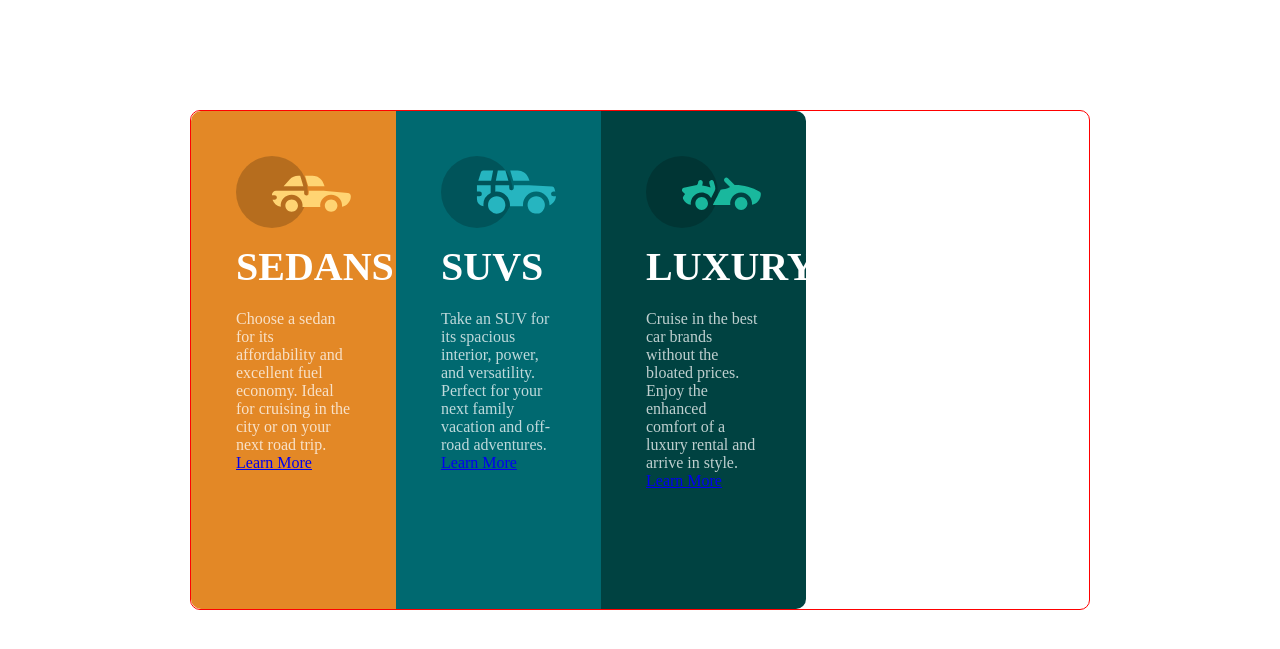
Repository: KamoliddinGIT/column-preview-card
Page: index.html
These files come from the project's save history. The page is drawn as it stood at one moment and after the next save; the edit follows.
The browser window is 1280 px wide. The pictures show the whole page.

Above is the page before, as saved 2023-09-15 16:33:14.

### index.html
<!DOCTYPE html>
<html lang="en">
  <head>
    <meta charset="UTF-8" />
    <meta name="viewport" content="width=device-width, initial-scale=1.0" />
    <link
      rel="icon"
      type="image/png"
      sizes="32x32"
      href="./images/favicon-32x32.png"
    />
    <link rel="stylesheet" href="./css/style.css" />
    <title>3-column preview card component</title>
  </head>
  <body>
    <div class="container">
      <div class="card card__1">
        <img src="./images/icon-sedans.svg" alt="sedans" />
        <h1>SEDANS</h1>
        <p>
          Choose a sedan for its affordability and excellent fuel economy. Ideal
          for cruising in the city or on your next road trip.
        </p>
        <a href="#">Learn More</a>
      </div>
      <div class="card card__2">
        <img src="./images/icon-suvs.svg" alt="suvs" />
        <h1>SUVS</h1>
        <p>
          Take an SUV for its spacious interior, power, and versatility. Perfect
          for your next family vacation and off-road adventures.
        </p>
        <a href="#">Learn More</a>
      </div>
      <div class="card card__3">
        <img src="./images/icon-luxury.svg" alt="icon-luxury" />
        <h1>LUXURY</h1>
        <p>
          Cruise in the best car brands without the bloated prices. Enjoy the
          enhanced comfort of a luxury rental and arrive in style.
        </p>
        <a href="#">Learn More</a>
      </div>
    </div>
  </body>
</html>

### css/style.css
* {
  margin: 0;
  padding: 0;
  box-sizing: border-box;
}

body {
  display: flex;
  justify-content: center;
  align-items: center;
  width: 100%;
  height: 100vh;
}

.container {
  display: flex;
  flex-direction: row;
  border-radius: 10px;
  width: 900px;
  height: 500px;
  color: hsla(0, 0%, 100%, 0.75);
  border: 1px solid red;
}

.card__1 {
  width: 205px;
  height: 100%;
  background-color: hsl(31, 77%, 52%);
  border-top-left-radius: 10px;
  border-bottom-left-radius: 10px;
  padding: 45px;
}

.card__2 {
  width: 205px;
  height: 100%;
  background-color: hsl(184, 100%, 22%);
  padding: 45px;
}

.card__3 {
  width: 205px;
  height: 100%;
  background-color: hsl(179, 100%, 13%);
  border-top-right-radius: 10px;
  border-bottom-right-radius: 10px;
  padding: 45px;
}

.card {
  padding: 45px;
  display: flex;
  flex-direction: column;
}

.card h1 {
  color: #fff;
  text-transform: uppercase;
  margin-top: 15px;
  margin-bottom: 20px;
  font-size: 40px;
}

After the next save:
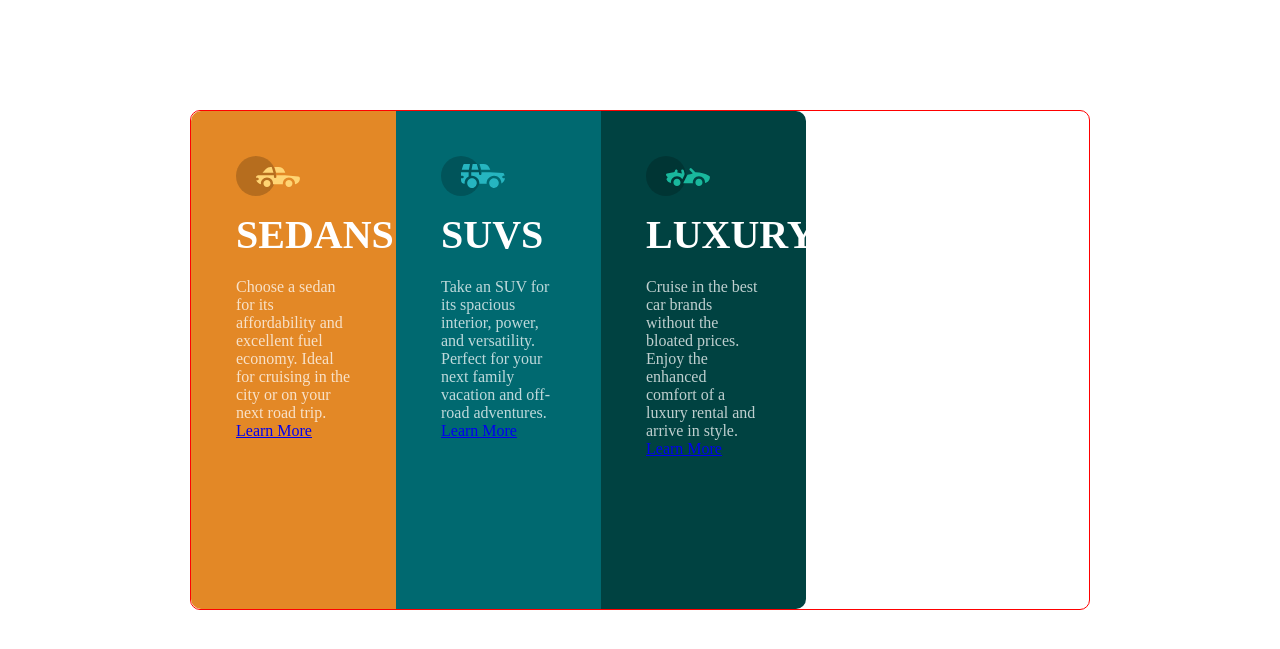
Saved 27 s later.
--- a/css/style.css
+++ b/css/style.css
@@ -60,3 +60,8 @@
   margin-bottom: 20px;
   font-size: 40px;
 }
+
+.card img {
+  width: 64px;
+  height: 40px;
+}
